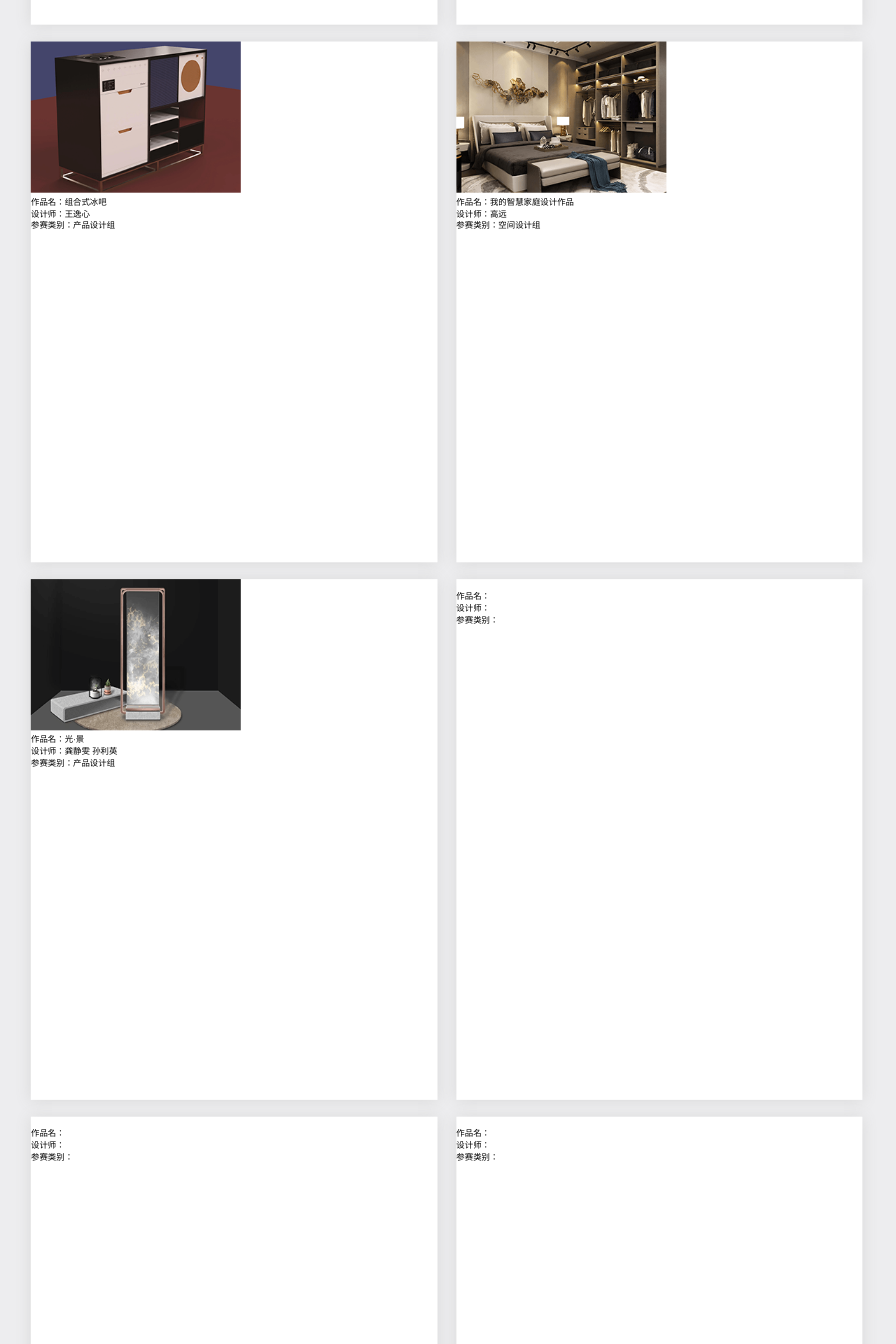
Repository: wangbiaozy/11.16
Page: pingxuan.html
The author's editor kept a copy of each file at every save. The page is drawn from the files as they stood at one save, then again after the next save.
The browser window is 1280 px wide. The pictures show the part of the page from y = 1296 to 3216 px (the page is 4427 px tall), at 70% of full size.

Above is the page before, as saved 2018-11-16 17:40:27.

### pingxuan.html
<!DOCTYPE html>
<html lang="en">

<head>
    <meta charset="UTF-8">
    <meta name="viewport" content="width=device-width, initial-scale=1.0, maximum-scale=1.0, minimum-scale=1.0, user-scalable=no, viewport-fit=cover">
    <meta http-equiv="X-UA-Compatible" content="ie=edge">
    <title>Document</title>
    <link rel="stylesheet" href="css/reset.min.css">
    <link rel="stylesheet/less" href="css/pingxuan.less">
    <script src="js/less-1.7.0.min.js"></script>
</head>
<body>
    <section>
        <div></div>
        <div>
            <ul>
                <li>
                    <img src="./images/zp_1.png" alt="">
                    <p>作品名：<span>冰雪奇缘合租冰箱</span></p>
                    <p>设计师：<span>王雪菲</span></p>
                    <p>参赛类别：<span>产品设计组</span></p>
                    <a class="zan" href="javascript:void(0)"></a>
                    <a href=""></a>
                </li>
                <li>
                    <img src="./images/zp_2.png" alt="">
                    <p>作品名：<span>智慧家庭空间设计</span></p>
                    <p>设计师：<span>秋风清y51</span></p>
                    <p>参赛类别：<span>空间设计组</span></p>
                    <a class="zan" href="javascript:void(0)"></a>
                    <a href=""></a>
                </li>
                <li>
                    <img src="./images/zp_3.png" alt="">
                    <p>作品名：<span>组合式冰吧</span></p>
                    <p>设计师：<span>王逸心</span></p>
                    <p>参赛类别：<span>产品设计组</span></p>
                    <a class="zan" href="javascript:void(0)"></a>
                    <a href=""></a>
                </li>
                <li>
                    <img src="./images/zp_4.png" alt="">
                    <p>作品名：<span>我的智慧家庭设计作品</span></p>
                    <p>设计师：<span>高远</span></p>
                    <p>参赛类别：<span>空间设计组</span></p>
                    <a class="zan" href="javascript:void(0)"></a>
                    <a href=""></a>
                </li>
                <li>
                    <img src="./images/zp_5.png" alt="">
                    <p>作品名：<span>光·景</span></p>
                    <p>设计师：<span>龚静雯&nbsp;孙利英</span></p>
                    <p>参赛类别：<span>产品设计组</span></p>
                    <a class="zan" href="javascript:void(0)"></a>
                    <a href=""></a>
                </li>
                <li>
                    <img src="" alt="">
                    <p>作品名：<span></span></p>
                    <p>设计师：<span></span></p>
                    <p>参赛类别：<span></span></p>
                    <a class="zan" href="javascript:void(0)"></a>
                    <a href=""></a>
                </li>
                <li>
                    <img src="" alt="">
                    <p>作品名：<span></span></p>
                    <p>设计师：<span></span></p>
                    <p>参赛类别：<span></span></p>
                    <a class="zan" href="javascript:void(0)"></a>
                    <a href=""></a>
                </li>
                <li>
                    <img src="" alt="">
                    <p>作品名：<span></span></p>
                    <p>设计师：<span></span></p>
                    <p>参赛类别：<span></span></p>
                    <a class="zan" href="javascript:void(0)"></a>
                    <a href=""></a>
                </li>
                <li>
                    <img src="" alt="">
                    <p>作品名：<span></span></p>
                    <p>设计师：<span></span></p>
                    <p>参赛类别：<span></span></p>
                    <a class="zan" href="javascript:void(0)"></a>
                    <a href=""></a>
                </li>
                <li>
                    <img src="" alt="">
                    <p>作品名：<span></span></p>
                    <p>设计师：<span></span></p>
                    <p>参赛类别：<span></span></p>
                    <a class="zan" href="javascript:void(0)"></a>
                    <a href=""></a>
                </li>
            </ul>
        </div>
    </section>
</body>
</html>
<script src="js/jquery-1.10.1.min.js"></script>
<script src="js/index.js"></script>

### css/reset.min.css
@charset "utf-8";
/*默认样式清除和初始化*/
body,h1,h2,h3,h4,h5,h6,hr,p,blockquote,dl,dt,dd,ul,ol,li,button,input,textarea,th,td{margin:0;padding:0}body{font-size:12px;font-style:normal;font-family:"\5FAE\8F6F\96C5\9ED1",Helvetica,sans-serif}small{font-size:12px}h1{font-size:18px}h2{font-size:16px}h3{font-size:14px}h4,h5,h6{font-size:100%}ul,ol{list-style:none}a{text-decoration:none;background-color:transparent}a:hover,a:active{outline-width:0;text-decoration:none}table{border-collapse:collapse;border-spacing:0}hr{border:0;height:1px}img{border-style:none}img:not([src]){display:none}svg:not(:root){overflow:hidden}html{-webkit-touch-callout:none;-webkit-text-size-adjust:100%}input,textarea,button,a{-webkit-tap-highlight-color:rgba(0,0,0,0)}article,aside,details,figcaption,figure,footer,header,main,menu,nav,section,summary{display:block}audio,canvas,progress,video{display:inline-block}audio:not([controls]),video:not([controls]){display:none;height:0}progress{vertical-align:baseline}mark{background-color:#ff0;color:#000}sub,sup{position:relative;font-size:75%;line-height:0;vertical-align:baseline}sub{bottom:-0.25em}sup{top:-0.5em}button,input,select,textarea{font-size:100%;outline:0}button,input{overflow:visible}button,select{text-transform:none}textarea{overflow:auto}button,html [type="button"],[type="reset"],[type="submit"]{-webkit-appearance:button}button::-moz-focus-inner,[type="button"]::-moz-focus-inner,[type="reset"]::-moz-focus-inner,[type="submit"]::-moz-focus-inner{border-style:none;padding:0}button:-moz-focusring,[type="button"]:-moz-focusring,[type="reset"]:-moz-focusring,[type="submit"]:-moz-focusring{outline:1px dotted ButtonText}[type="checkbox"],[type="radio"]{box-sizing:border-box;padding:0}[type="number"]::-webkit-inner-spin-button,[type="number"]::-webkit-outer-spin-button{height:auto}[type="search"]{-webkit-appearance:textfield;outline-offset:-2px}[type="search"]::-webkit-search-cancel-button,[type="search"]::-webkit-search-decoration{-webkit-appearance:none}::-webkit-input-placeholder{color:inherit;opacity:.54}::-webkit-file-upload-button{-webkit-appearance:button;font:inherit}.clear:after{display:block;height:0;content:"";clear:both}
*{ -webkit-tap-highlight-color: rgba(0,0,0,0);-webkit-tap-highlight-color: transparent; /* For some Androids */ }

### js/index.js
(function (doc, win) {
    var docEl = doc.documentElement,
        resizeEvt = 'orientationchange' in window ? 'orientationchange' : 'resize',
        recalc = function () {
            var clientWidth = docEl.clientWidth;
            if (!clientWidth) return;
            docEl.style.fontSize = 100 * (clientWidth / 750) + 'px';
        };
    if (!doc.addEventListener) return;
    win.addEventListener(resizeEvt, recalc, false);
    doc.addEventListener('DOMContentLoaded', recalc, false);
})(document, window);
$(function () {
    //直播秀点赞
    $('.zan').on('click',function(){
        var $this = $(this);
        var _num = parseInt($this.siblings('span').text());
        $this.hasClass('act') ? '' : $(this).siblings().text(_num+1) && $this.addClass('act');
    });

    //我精彩
    //选项卡
    function tab($selector){
        var $lis = $selector.find('li');
        $lis.on('click',function (){
            var $index = $(this).index();
            $(this).addClass('act').siblings().removeClass('act').end().parent().nextAll('div').eq($index).addClass('bg').siblings('div').removeClass('bg');
        });
    }
    tab($('#tab'));
    //点赞
    $('.zan_btn').on('click',function(){
        var $this = $(this);
        var _num = parseInt($this.siblings('i').text());
        $this.hasClass('act') ? '' : $(this).siblings('i').text(_num+1) && $this.addClass('act');
    });
});

Loaded but not shown: js/less-1.7.0.min.js (library); js/jquery-1.10.1.min.js (library)

After the next save:
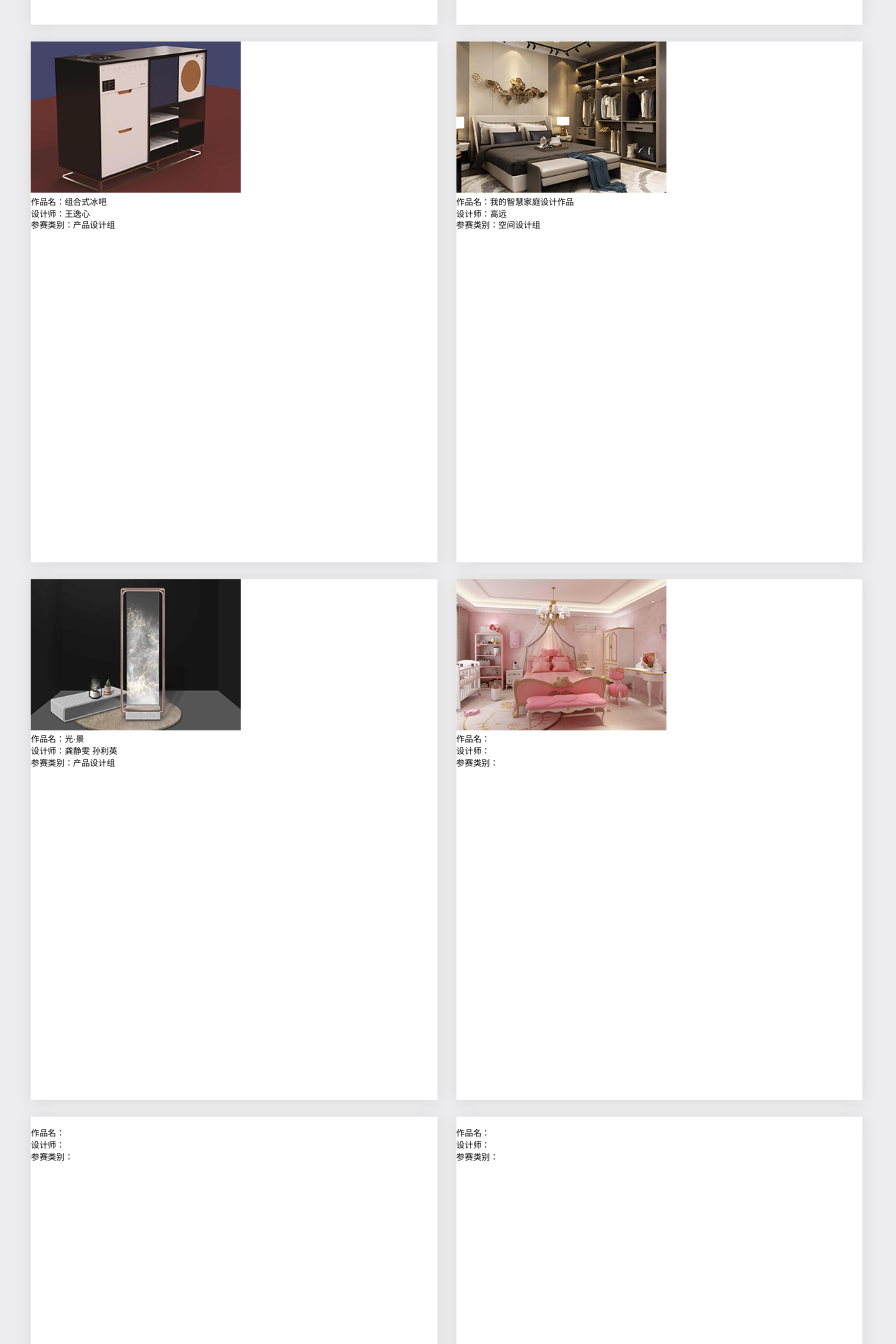
Saved 15 s later.
--- a/pingxuan.html
+++ b/pingxuan.html
@@ -56,7 +56,7 @@
                     <a href=""></a>
                 </li>
                 <li>
-                    <img src="" alt="">
+                    <img src="./images/zp_6.png" alt="">
                     <p>作品名：<span></span></p>
                     <p>设计师：<span></span></p>
                     <p>参赛类别：<span></span></p>
